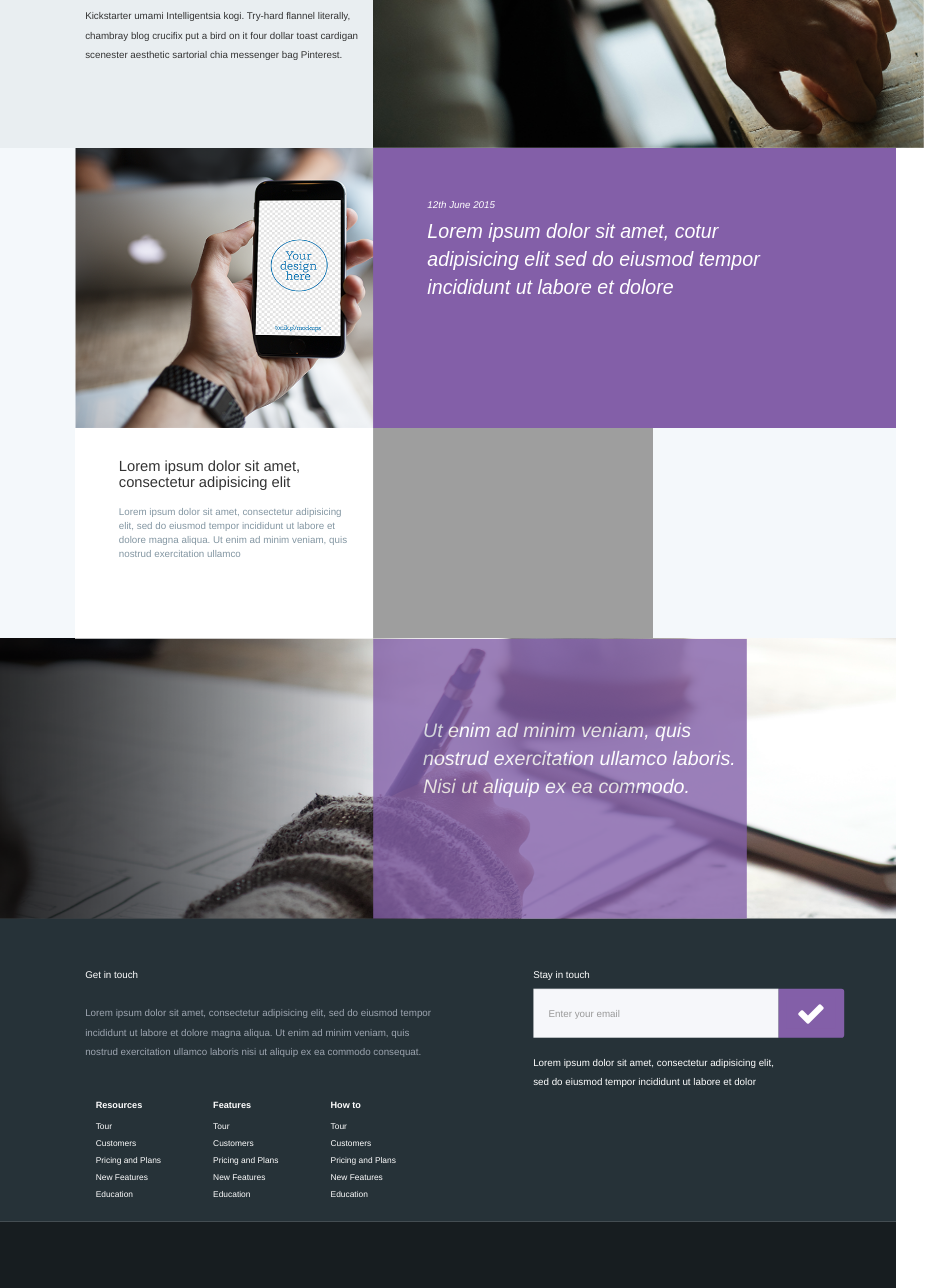
Repository: KatarzynaOwczarska/Tork
Page: Tork/WebContent/index.html
These files come from the project's save history. The page is drawn as it stood at one moment and after the next save; the edit follows.
The browser window is 1280 px wide. The page is 1321 px wide, so the pictures cover 1321 px, including what lies to the right of the window. The pictures show the part of the page from y = 2859 to 4699 px (the page is 4699 px tall), at 70% of full size.
Pictures or frames that could not be fetched are drawn as grey boxes. Backgrounds fixed to the window are drawn as part of the page.

Above is the page before, as saved 2017-02-06 14:03:05.

### Tork/WebContent/index.html
<!DOCTYPE html>
<html>
<head>
	<meta charset="UTF-8">
	<title>Tork</title>
	<link rel="stylesheet" type="text/css" href="./css/bootstrap.min.css">
	<link rel="stylesheet" type="text/css" href="./css/style.css">
	<link rel="stylesheet" href="./css/font-awesome.min.css">
	<link rel="stylesheet" href="./css/animate.css" type="text/css">
	<script src="./js/jquery-3.1.1.min.js"></script>
	<script src="./js/bootstrap.min.js"></script>
	<script src="./js/jquery.viewportchecker.min.js"></script>
	<script src="./js/scrollreveal.min.js"></script>
</head>
<body>
<div class="container-fluid">
	<div class="row">
		<div id="zegarek" class="col-xs-12" >
				<header>
					<div class="col-xs-1">
						<span id="nav" class="fa fa-bars fa-2x" aria-hidden="true"></span>
					</div>
					<div class="col-xs-offset-1 col-xs-9 col-lg-offset-7 col-lg-3">
						<input id="search" type="search" placeholder="search">
						<button id="buy-it">Buy it</button>
					</div>
				</header>
			<div class="col-xs-12 col-sm-offset-4 col-sm-6">
				<h1 id="naglowek"> Building bulletproof <br>fucking apps</h1>
				<p id="napis"><br>Kickstarter umami Intelligentsia kogi. Try-hard flannel literally, chambray blog crucifix put a bird on it four dollar toast cardigan scenester aesthet</p>
			</div>
			<div data-animate="bounceInDown"id="telefon" class="col-md-offset-6 col-md-6 hidden-xs hidden-sm">
				<img src="./telefon.png" height="550" width="430">
			</div>
		</div>
	</div>
	<div id=fiolet class="row">
			<div  id="super" class="col-md-5 col-md-offset-1 col-xs-offset-2 col-xs-8">
				<h2 id="super-truper">Super Truper & Such</h2>
				<p id="napis2"><br>Lorem ipsum dolor sit amet, consectetur adipisicing elit, sed do eiusmod tempor incididunt ut labore et dolore magna.</p>
				<button id="przycisk">See more</button>
			</div>
	</div>
	<div id="trzy-kolumny" class="row">
			<div id="trzy-kolumny-napis" class="col-xs-10 col-xs-offset-1">
				<div class="col-xs-12 col-md-4">
					<h2 id="design-features">Design & Features</h2>
					<br>
					<p id="design-features-p">Flannel ennui narwhal, craft beer twee Vice plaid authentic synth.</p>
					<br>
					<p id="miedzy-liniami">Kickstarter umami Intelligentsia kogi. Try-hard flannel literally, chambray blog crucifix put a bird on it four dollar toast cardigan scenester aesthetic sartorial chia messenger bag Pinterest.</p>
					<br>
					<button id="przycisk">See more</button>
				</div>
				<div class="col-xs-12 col-md-4">
					<h2 id="design-features">Design & Features</h2>
					<br>
					<p id="design-features-p">Flannel ennui narwhal, craft beer twee Vice plaid authentic synth.</p>
					<br>
					<p id="miedzy-liniami">Kickstarter umami Intelligentsia kogi. Try-hard flannel literally, chambray blog crucifix put a bird on it four dollar toast cardigan scenester aesthetic sartorial chia messenger bag Pinterest.</p>
					<br>
					<button id="przycisk">See more</button>
				</div>
				<div class="col-xs-12 col-md-4">
					<h2 id="design-features">Design & Features</h2>
					<br>
					<p id="design-features-p">Flannel ennui narwhal, craft beer twee Vice plaid authentic synth.</p>
					<br>
					<p id="miedzy-liniami">Kickstarter umami Intelligentsia kogi. Try-hard flannel literally, chambray blog crucifix put a bird on it four dollar toast cardigan scenester aesthetic sartorial chia messenger bag Pinterest.</p>
					<br>
					<button id="przycisk">See more</button>
				</div>
			</div>
	</div>
	<div id="czarny" class="row">
			<div class="col-xs-offset-1 col-xs-10">
				<h1 id="for-humans">Designed for humans</h1>
				<p id="wysrodkowany">Kickstarter umami Intelligentsia kogi. Try-hard flannel literally, chambray blog crucifix put a bird on it four dollar toast cardigan scenester aesthetic sartorial chia messenger bag Pinterest. 3 wolf moon Thundercats Banksy paleo, yr four loko Shoreditch dreamcatcher.</p>
				<div id="myCarousel" class="carousel slide" data-ride="carousel">
	 				<ol class="carousel-indicators">
					    <li data-target="#myCarousel" data-slide-to="0" class="active"></li>
					    <li data-target="#myCarousel" data-slide-to="1"></li>
					</ol>
	 				<div class="carousel-inner" role="listbox">
	      				<div class="item active">
	        				<img src="./rozowy-obrazek.png">
	        			</div>
	      				<div class="item">
	        				<img src="./komputer.png">
	      				</div>
	    			</div>
				</div>
			</div>
	</div>
	<div id="szary" class="row">
			<div id="margines-ikonki" class="col-xs-10 col-xs-offset-1">
				<div class="col-xs-12 col-md-3">
					<span data-animate="pulse" id="ikonka" class="fa fa-pencil fa-3x" aria-hidden="true"></span>
					<h3>01<span id="span-kolor"> Design</span></h3>
					<br>
					<p id="napis-szary">Scenester PBR deep v jean shorts typewriter. Sustainable keytar Tumblr, authentic mustache locavore scenester gentrify meh banjo fanny pack health goth. Four dollar toast scenester XOXO crucifix, mumblecore banh mi yr cold-pressed Bushwick.</p>
					<p id="test"></p>
				</div>
				<div class="col-xs-12 col-md-3">
					<span data-animate="pulse" id="ikonka" class="fa fa-location-arrow fa-3x" aria-hidden="true"></span>
					<h3>02<span id="span-kolor"> Refinement</span></h3>
					<br>
					<p id="napis-szary">Scenester PBR deep v jean shorts typewriter. Sustainable keytar Tumblr, authentic mustache locavore scenester gentrify meh banjo fanny pack health goth. Four dollar toast scenester XOXO crucifix, mumblecore banh mi yr cold-pressed Bushwick.</p>
				</div>
				<div class="col-xs-12 col-md-3">
					<span data-animate="pulse" id="ikonka" class="fa fa-paint-brush fa-3x" aria-hidden="true"></span>
					<h3>03<span id="span-kolor"> Dive In</span></h3>
					<br>
					<p id="napis-szary">Scenester PBR deep v jean shorts typewriter. Sustainable keytar Tumblr, authentic mustache locavore scenester gentrify meh banjo fanny pack health goth. Four dollar toast scenester XOXO crucifix, mumblecore banh mi yr cold-pressed Bushwick.</p>
				</div>
				<div class="col-xs-12 col-md-3">
					<span data-animate="pulse" id="ikonka" class="fa fa-search fa-3x" aria-hidden="true"></span>
					<h3>04<span id="span-kolor"> Research</span></h3>
					<br>
					<p id="napis-szary">Scenester PBR deep v jean shorts typewriter. Sustainable keytar Tumblr, authentic mustache locavore scenester gentrify meh banjo fanny pack health goth. Four dollar toast scenester XOXO crucifix, mumblecore banh mi yr cold-pressed Bushwick.</p>
				</div>
			</div>
	</div>
	<div id="szary-jasny" class="row">
			<div class="col-xs-12 col-md-4 col-md-offset-1">
				<h1 id="conectivity">Conectivity</h1>
				<p id="napis-zegarek">Flannel ennui narwhal, craft beer twee Vice plaid authentic synth Intelligentsia stumptown gluten-free drinking vinegar Schlitz mixtape.</p>
				<p id="napis-zegarek-maly">Kickstarter umami Intelligentsia kogi. Try-hard flannel literally, chambray blog crucifix put a bird on it four dollar toast cardigan scenester aesthetic sartorial chia messenger bag Pinterest.</p>
				<p id="test2"></p>
			</div>
			<div id="zegarek-czysty" class="col-xs-12 col-md-7"><img id="obrazek" src="./zegarek-czysty.png" height="500" width="788"></div>
	</div>
	<div id="filmik" class="row">
			<div id="padding-telefon" class="col-xs-12 col-md-offset-1 col-md-4"><img src="./telefon-reka.png" height="400" width="500"></div>
			<div id="obok-filmu" class="col-md-7 col-xs-12">
				<div class="col-xs-9 col-xs-offset-1">
					<p id="data">12th June 2015</p>
					<p id="lorem-ipsum">Lorem ipsum dolor sit amet, cotur adipisicing elit sed do eiusmod tempor incididunt ut labore et dolore</p>
				</div>
			</div>
			<div id="komentarze" class="col-xs-12 col-md-4 col-md-offset-1">
				<div class="col-md-11 col-xs-10 col-xs-offset-1">
					<h2>Lorem ipsum dolor sit amet, consectetur adipisicing elit</h2>
					<p>Lorem ipsum dolor sit amet, consectetur adipisicing elit, sed do eiusmod tempor incididunt ut labore et dolore magna aliqua. Ut enim ad minim veniam, quis nostrud exercitation ullamco</p>
					<button id="przycisk" class="visible-xs visible-sm">Read more</button>
				</div>
			</div>
			<div id="telefony" class="col-md-5 hidden-xs hidden-sm"></div>
	</div>
	<div id="reka" class="row">
		<div id="fioletowy-napis" class="col-xs-12 col-md-5">
			<p>Ut enim ad minim veniam, quis nostrud exercitation ullamco laboris. Nisi ut aliquip ex ea commodo.</p>
		</div>
	</div>
	<div id="stopka" class="row">
			<div id="margines" class="col-xs-12 col-md-5 col-md-offset-1">
				<p>Get in touch</p><br>
				<p id="napis-szary">Lorem ipsum dolor sit amet, consectetur adipisicing elit, sed do eiusmod tempor incididunt ut labore et dolore magna aliqua. Ut enim ad minim veniam, quis nostrud exercitation ullamco laboris nisi ut aliquip ex ea commodo consequat.</p>
			</div>
			<div id="margines" class="col-xs-12 col-md-5 col-md-offset-1">
				<p>Stay in touch</p>
				<form action="#" class="form-inline">
					<div class="form-group">
						<div class="input-group">
							<div><input id="pole" type="email" placeholder="Enter your email" class="form-control"></div>
							<div id="submit" class="input-group-addon"><button id="submit" type="submit" value=""><span class="fa fa-check fa-3x"></span></button></div>
						</div>
					</div>
				</form>
				<p id="pod-polem">Lorem ipsum dolor sit amet, consectetur adipisicing elit, <br>sed do eiusmod tempor incididunt ut labore et dolor</p>
			</div>
			<div id="linki" class="col-xs-12 col-md-5 col-md-offset-1">
					<div class="col-xs-4">
						<p>Resources</p>
						<a>Tour</a><br>
						<a>Customers</a><br>
						<a>Pricing and Plans</a><br>
						<a>New Features</a><br>
						<a>Education</a>
					</div>
					<div class="col-xs-4">
						<p>Features</p>
						<a>Tour</a><br>
						<a>Customers</a><br>
						<a>Pricing and Plans</a><br>
						<a>New Features</a><br>
						<a>Education</a>
					</div>
					<div class="col-xs-4">
						<p>How to</p>
						<a>Tour</a><br>
						<a>Customers</a><br>
						<a>Pricing and Plans</a><br>
						<a>New Features</a><br>
						<a>Education</a>
					</div>
				</div>
		</div>
	</div>
	<div id="podpis" class="row">
			<div id="footer" class="col-xs-12">
				<h4  data-animate="fadeInLeft">Made with <i data-animate="bounceInDown id="serduszko" class="fa fa-heart" aria-hidden="true"></i> by <span id="kasia">Katarzyna Owczarska</span> Jan 2017.</h4>
			</div>
	</div>
	<script>
		$(document).ready(function(){
			$('*[data-animate]').addClass('ukryj').each(function(){
      			$(this).viewportChecker({
        			classToAdd: 'show animated ' + $(this).data('animate'),
        			classToRemove: 'ukryj',
        			offset: '5%'
      			});
    		});
		});

		$('#ikonka').hover(function() {
			$('*[data-animate]').addClass('ukryj').each(function(){
      			$(this).viewportChecker({
        			classToAdd: 'show animated ' + $(this).data('animate'),
        			classToRemove: 'ukryj',
        			offset: '5%'
      			});
    		});
		});
	</script>
	<script>
    	window.sr = ScrollReveal();
    	sr.reveal('#telefony', {
        	reset: true,
        	delay: 500,
        	distance: 0
    	});
    	sr.reveal('#padding-telefon', {
        	reset: true,
        	delay: 500,
        	distance: 0
    	});
    	sr.reveal('#zegarek-czysty', {
        	reset: true,
        	delay: 500,
        	distance: 0
    	});
    	sr.reveal('#fioletowy-napis', {
        	duration: 1000,
        	delay: 500,
        	easing: 'linear',
    	});
    	sr.reveal('#trzy-kolumny-napis', {
        	reset: true,
    		duration: 1000,
        	delay: 500,
        	easing: 'linear',
        	distance: 0
    	});
</script>
</body>
</html>

### Tork/WebContent/css/style.css
@CHARSET "UTF-8";

.container-fluid {
	padding: 0px 0px 0px 0px;
}

.row {
	margin: 0px 0px 0px 0px;
}

header {
	height: 70px;
	background-color: transparent;
  	background-color: rgba(25, 28, 36, 0.5);  /* FF3+, Saf3+, Opera 10.10+, Chrome, IE9 */
  	filter: progid:DXImageTransform.Microsoft.gradient(startColorstr=#3332FA32,endColorstr=#3332FA32); /* IE6&#8211;IE9 */
  	zoom: 1;
  	width: 100%;
}

#search {
	background-color: rgb(45,60,66);
	margin-top: 1em;
	border-radius: 50px;
	text-indent: 10px;
	height: 30px;
	width: 200px;
	border: none;
}

#buy-it {
	border-radius: 50px;
	width: 60px;
	height: 30px;
	background-color: rgb(131,95,168);
	color: white;
	border: none;
	margin-left: 1.5em;
}

#nav {
	color: white;
	margin-left: 0.5em;
	margin-top: 0.5em;
}

#zegarek {
	background-color: rgb(25,28,36);
	background-image: url("../zegarek.png");
	background-size: 60% 120%;
	background-repeat: no-repeat;
	background-attachment: fixed;
	padding-right: 0px;
    padding-left: 0px;
}

#telefon {
	position: absolute;
	top: 90%;
}

#naglowek {
	color: white;
	font-size: 5em;
	font-weight: 100;
	margin-top: 2em;
}

#napis {
	color: white;
	font-size: 1.3em;
	margin-right: 5em;
	margin-bottom:5em;
}

#napis2 {
	color: white;
	font-size: 1.3em;
	margin-bottom:3em;
}

#fiolet {
	background-color: rgb(131,95,168);
}

#super-truper {
	color: white;
	margin-top: 2em;
	font-size: 3em;
}

#super {
	margin-bottom: 9.5em;
}

#przycisk {
	border-radius: 50px;
	background-color: rgb(59,211,186);
	border: none;
	padding: 8px 40px;
	color: white;
	font-size: 1.5em;
	margin-bottom: 2em;
	transition-duration:0.5s;
}

#przycisk:hover {
	background-color: rgb(0,188,212);
}

#trzy-kolumny {
	background-color: rgb(244,248,251);
}

#design-features {
	color: rgb(86,86,86);
	margin-top: 3em;
	font-size: 2em;

}

#design-features-p {
	color: rgb(126,126,126);
	font-size: 1.5em;
	font-weight: 100;
	font-family: Arial, Helvetica, sans-serif;
}

#miedzy-liniami {
	line-height: 200%;
	font-family: Verdana, Geneva, sans-serif;
}

#czarny {
	background-color: rgb(35,40,49);
}


#for-humans {
	color: white;
	font-family: Verdana, Geneva, sans-serif;
	text-align: center;
	margin-top: 2.5em;
}

#wysrodkowany {
	color: rgb(157,165,176);
	text-align: center;
	font-size: 1.1em;
	line-height: 200%;
}

.carousel-inner > .item > img,
  .carousel-inner > .item > a > img {
      margin: auto;
      margin-top: 1%;
}

#szary {
	background-color: rgb(43,48,59);
}

#szary h3 {
	color:rgb(51,77,96);
}

#span-kolor {
	color: white;
}

#napis-szary {
	line-height: 200%;
	color: rgb(157,165,176);
}

#margines {
	margin-bottom: 5em;
	margin-top: 1.7em;
}

#ikonka {
	color: rgb(55,156,136);
}

#szary-jasny {
	background-color: rgb(233,238,241);
}

#napis-zegarek {
	color: rgb(117,122,134);
	font-size: 1.2em;
	margin-top: 2em;
	margin-bottom: 2em;
	line-height: 200%;
}

#napis-zegarek-maly {
	line-height: 200%;
}

#conectivity {
	margin-left: 0.5em;
	margin-top: 2.5em;
}

#filmik {
	height: 700px;
	background-color: rgb(244,248,251);
}

#padding-telefon {
	padding: 0px 0px 0px 0px;
}

#zegarek-czysty {
	padding: 0px 0px 0px 0px;
}

#obok-filmu {
	background-color: rgb(131,95,168);
	height: 400px;
	padding: 0px 0px 0px 0px;
}

#data {
	margin-top: 5em;
	color: white;
	font-style: italic;
}

#lorem-ipsum {
	color: white;
	font-style: italic;
	font-size: 2em;
	font-weight: 100;
	font-family: Arial, Helvetica, sans-serif;
}

#komentarze {
	background-color: white;
}

#komentarze h2 {
	font-size: 1.5em;
	margin-top: 2em;
}

#komentarze p {
	margin-top: 1.5em;
	margin-bottom: 8em;
	color: rgb(131,150,162);
}

#telefony {
	background-image: url("../telefony.jpg");
	background-repeat: no-repeat;
	height: 43%;
}

#reka {
	background-color: black;
	background-image: url("../dlugopis.png");
	background-size: 100% 120%;
	background-repeat: no-repeat;
}

#reka div {
	background-color: rgb(131,95,168);
	height: 400px;
	opacity: 0.8;
}


#reka p {
	font-size: 2em;
	font-style: italic;
	color: white;
	margin-top: 4em;
	margin-left: 2em;
}

#stopka {
	background-color: rgb(38,50,56);
	color: white;
}

#margines {
	margin-top: 5em;
	margin-bottom: 0px;
}

#margines-ikonki {
	margin-top: 3em;
	margin-bottom: 3em;
}

#linki {
	margin-bottom: 2em;
}

#linki p {
	font-weight: bold;
	font-size: 13px;
}

#linki a {
	color: white;
	font-size: 12px;
	line-height: 200%;
}

#linki a:hover {
	text-decoration: none;
	cursor: pointer;
}

#pole {
	border: none;
	color: black;
	background-color: rgb(246,247,250);
	text-indent: 10px;
	width: 25em;
	height: 5em;
}

#pole:focus {
	color: black;
}

#submit {
	border: none;
	width: 5em;
	background-color: rgb(131,95,168);
	color: white;
}

#pod-polem {
	margin-top: 1.5em;
	line-height: 200%;
}

#podpis {
	background-color: rgb(23,29,32);
	color: white;
}

#footer {
	margin: 20px 0px 35px 0px;
	text-align: center;
}

#odstep-d {
	height: 500px;
	background-color: grey;

}

.ukryj{
	opacity:0
}

.show {
	opacity: 1;
}

#serduszko {
	color: red;
}

#kasia {
	color: rgb(131,95,168);
}

@media only screen and (max-width: 991px) {
	#super {
		text-align: center;

	}
}

@media only screen and (max-width: 991px) {
	#super-truper {
		margin-top: 2.5em;

	}
}

@media only screen and (max-width: 768px) {
	#naglowek {
		margin-top: 0.5em;

	}

	#zegarek {
		background-size: 100% 120%;
	}

	#obrazek {
		width: 100%;
	}
}

Loaded but not shown: Tork/WebContent/css/bootstrap.min.css (library); Tork/WebContent/css/font-awesome.min.css (library); Tork/WebContent/css/animate.css (library); Tork/WebContent/js/jquery-3.1.1.min.js (library); Tork/WebContent/js/bootstrap.min.js (library); Tork/WebContent/js/jquery.viewportchecker.min.js (common file); Tork/WebContent/js/scrollreveal.min.js (library)

After the next save:
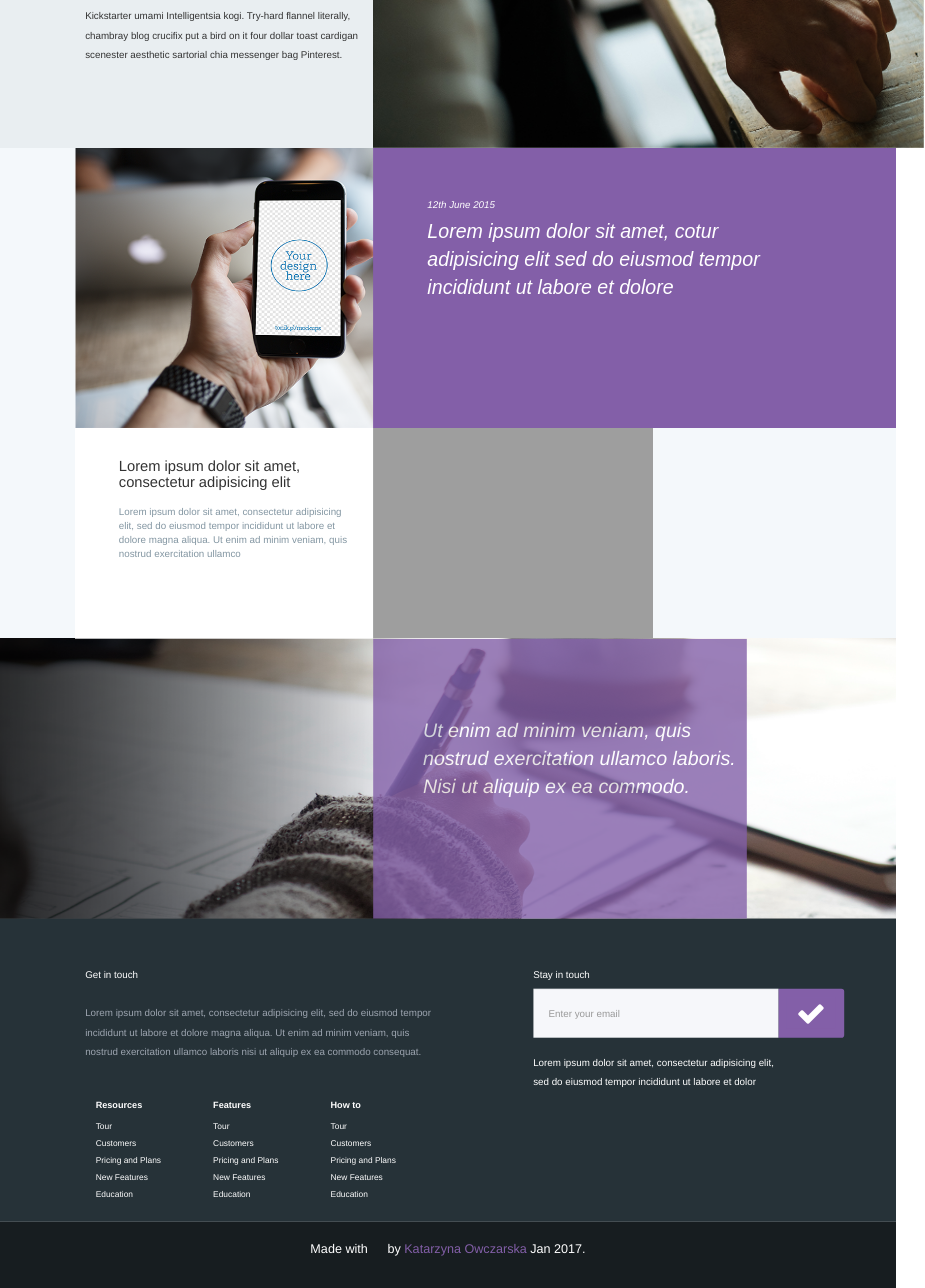
Saved 6 s later.
--- a/Tork/WebContent/index.html
+++ b/Tork/WebContent/index.html
@@ -199,7 +199,7 @@
 	</div>
 	<div id="podpis" class="row">
 			<div id="footer" class="col-xs-12">
-				<h4  data-animate="fadeInLeft">Made with <i data-animate="bounceInDown id="serduszko" class="fa fa-heart" aria-hidden="true"></i> by <span id="kasia">Katarzyna Owczarska</span> Jan 2017.</h4>
+				<h4>Made with <i data-animate="bounceInDown id="serduszko" class="fa fa-heart" aria-hidden="true"></i> by <span id="kasia">Katarzyna Owczarska</span> Jan 2017.</h4>
 			</div>
 	</div>
 	<script>
